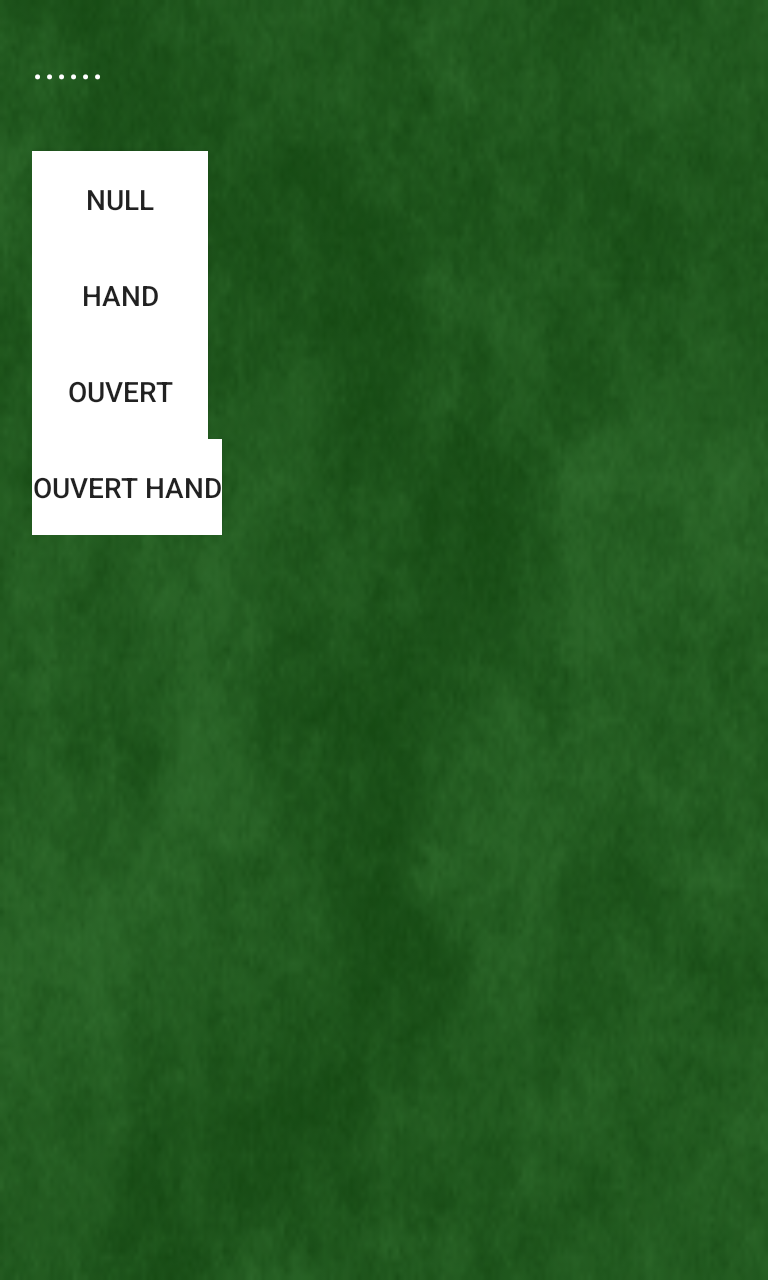
Repository: razinanu/InSy-Skat
Layout: InSy-Skat/res/layout/fragment_null_s.xml
An editor plug-in stored every save of this project. The layout is shown before and after the next save, followed by the edit.
It is drawn on a 768 x 1280 px phone screen (xhdpi) without system bars, with theme AppThemeWithoutActionBarTitle; the app's code is not run.

Above is the layout before, as saved 2014-06-21 19:05:35.

### InSy-Skat/res/layout/fragment_null_s.xml
<ScrollView xmlns:android="http://schemas.android.com/apk/res/android"
    xmlns:tools="http://schemas.android.com/tools"
    android:layout_width="match_parent"
    android:layout_height="match_parent"
    android:paddingBottom="@dimen/activity_vertical_margin"
    android:paddingLeft="@dimen/activity_horizontal_margin"
    android:paddingRight="@dimen/activity_horizontal_margin"
    android:paddingTop="@dimen/activity_vertical_margin"
    android:background="@drawable/hintergrundapp"
    tools:context="com.example.insy_skat.NullSPActivity$PlaceholderFragment" >


        <LinearLayout
            android:layout_width="match_parent"
            android:layout_height="wrap_content"
            android:orientation="vertical" >

            <TextView
                android:id="@+id/bubenAuswahlText"
                android:layout_width="wrap_content"
                android:layout_height="wrap_content"
                android:text="@string/nullspiel"
                android:textAppearance="?android:attr/textAppearanceLarge"
                android:textColor="#ffffff" />

            <Button
                android:id="@+id/nullsp"
                android:layout_width="wrap_content"
                android:layout_height="wrap_content"
                android:text="@string/nullString"
                android:layout_marginTop="30dp"
                android:background="#ffffff" />

             <Button
                 android:id="@+id/nullH"
                 android:layout_width="wrap_content"
                 android:layout_height="wrap_content"
                 android:text="@string/nullH"
                 android:background="#ffffff" />

             <Button
                 android:id="@+id/nullou"
                 android:layout_width="wrap_content"
                 android:layout_height="wrap_content"
                 android:text="@string/nullou"
                 android:background="#ffffff" />

             <Button
                 android:id="@+id/nullouH"
                 android:layout_width="wrap_content"
                 android:layout_height="wrap_content"
                 android:text="@string/nullouH"
                 android:background="#ffffff" />

        </LinearLayout>


</ScrollView>

### InSy-Skat/res/values/strings.xml
<?xml version="1.0" encoding="utf-8"?>
<resources>

    <string name="app_name">Reizassistent</string>
    <string name="action_settings">Settings</string>
    <string name="zurueck">Zurück</string>
    <string name="weiter">Weiter</string>
    <string name="menue">Menü</string>
    <string name="abbrechen">Beenden</string>
    <string name="farbspielGrand">Farbspiel/Grand</string>
    <string name="nullString">Null</string>
    <string name="grand">Grand</string>
    <string name="reizassistent">Reizassistent</string>
    <string name="bubenAuswaehlen">Buben Auswählen</string>
    <string name="farbenAuswahl">Farben Auswählen</string>
    <string name="reizenTabelle">Reiztabelle</string>
    <string name="title_activity_selected_soldiers">SelectedSoldiers</string>
    <string name="title_activity_farben_auswahl">FarbenAuswahl</string>
    <string name="title_activity_result">ResultActivity</string>
    <string name="info_title">Zusätzliche Informationen</string>
    <string name="home_title">Hauptmenü</string>
    <string name="title_activity_null_sp">NullSPActivity</string>
    <string name="nullspiel">......</string>
     <string name="nullH">Hand</string>
     <string name="nullou">Ouvert</string>
     <string name="nullouH">Ouvert Hand</string>

</resources>

Loaded but not shown: InSy-Skat/res/values-v11/styles.xml (common file); InSy-Skat/res/values/styles.xml (common file); InSy-Skat/res/values-v14/styles.xml (common file); InSy-Skat/res/values/dimens.xml (common file); InSy-Skat/res/values-w820dp/dimens.xml (common file)

After the next save:
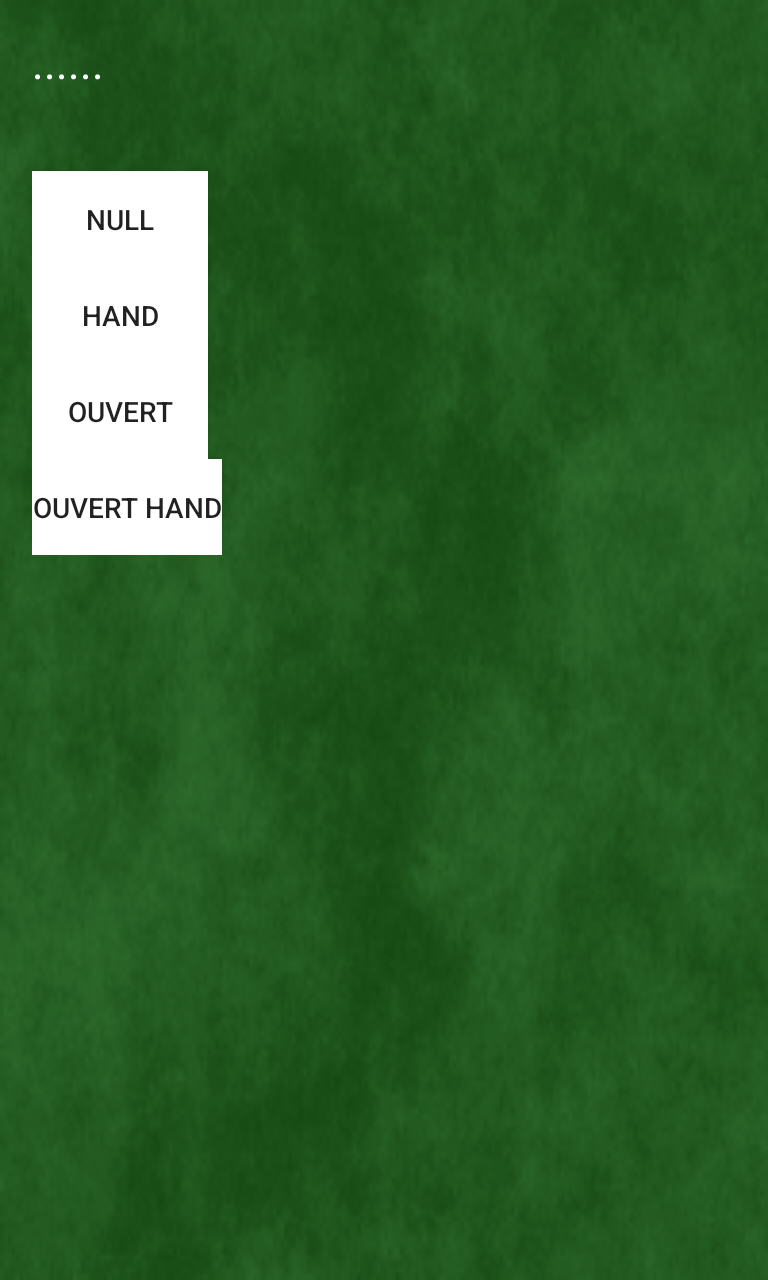
Saved 12 s later.
--- a/InSy-Skat/res/layout/fragment_null_s.xml
+++ b/InSy-Skat/res/layout/fragment_null_s.xml
@@ -28,7 +28,7 @@
                 android:layout_width="wrap_content"
                 android:layout_height="wrap_content"
                 android:text="@string/nullString"
-                android:layout_marginTop="30dp"
+                android:layout_marginTop="40dp"
                 android:background="#ffffff" />
 
              <Button
